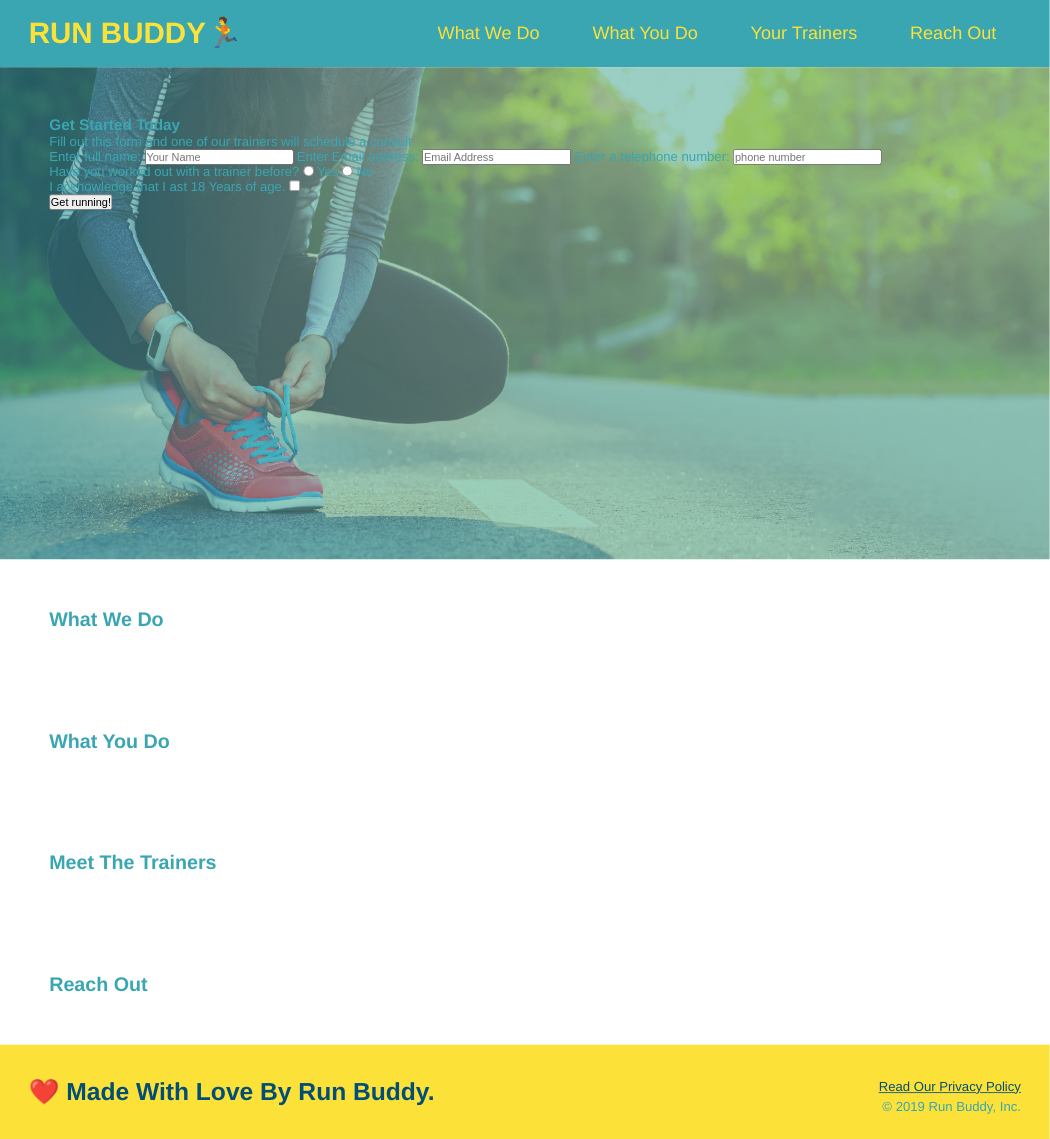
Repository: pilar122/run-buddy
Page: index.html
An editor plug-in stored every save of this project. The page is shown before and after the next save, followed by the edit.
The browser window is 1280 px wide. The pictures show the whole page, at 82% of full size.

Above is the page before, as saved 2023-01-21 12:12:27.

After the next save:
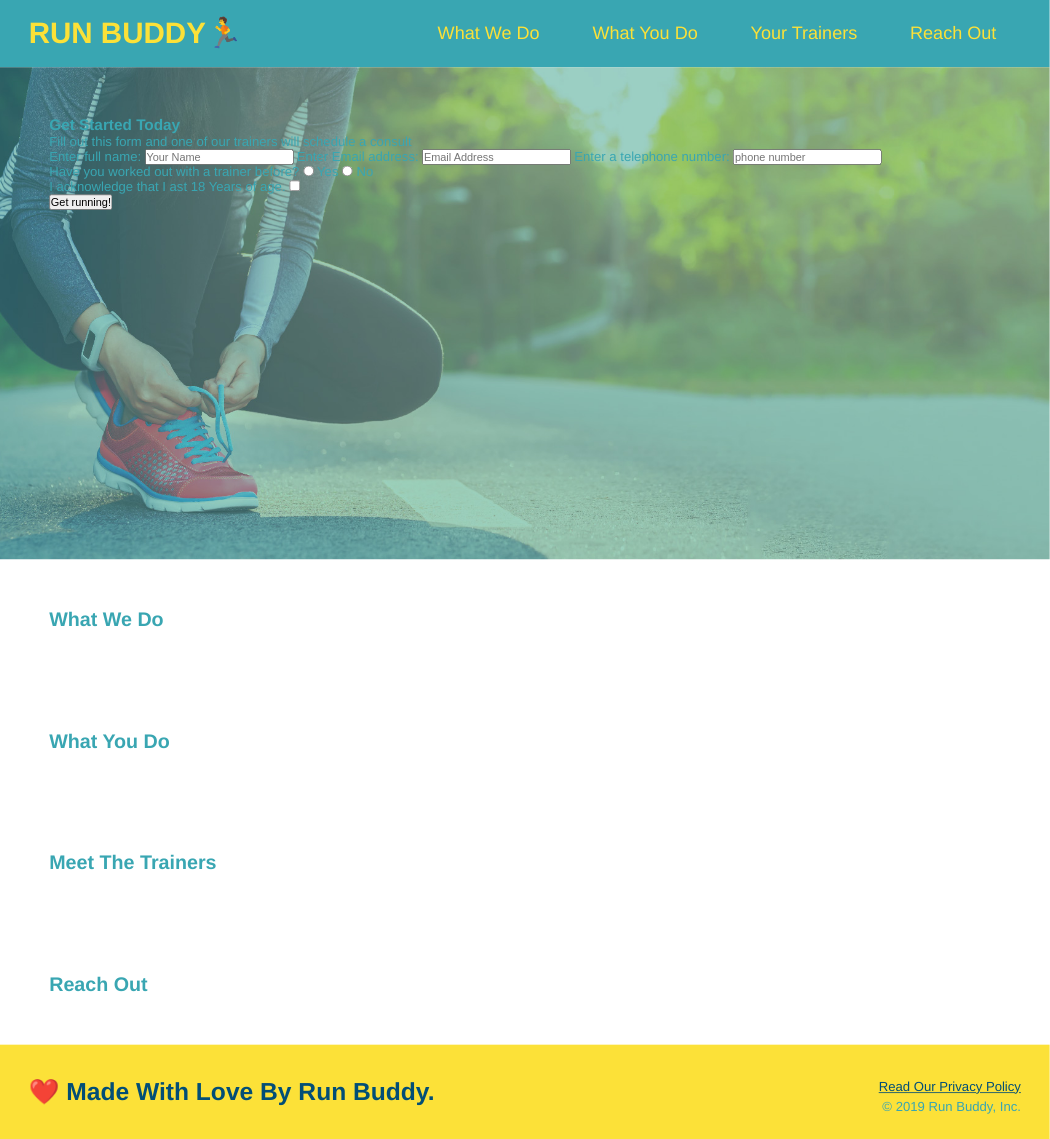
Saved 31 s later.
--- a/assets/css/style.css
+++ b/assets/css/style.css
@@ -76,5 +76,6 @@ section {
     background-image: url("../images/hero-bg.jpeg");
     height: 600px;
     background-size: cover;
+    background-position: center;
 }
 /*hero style end*/
